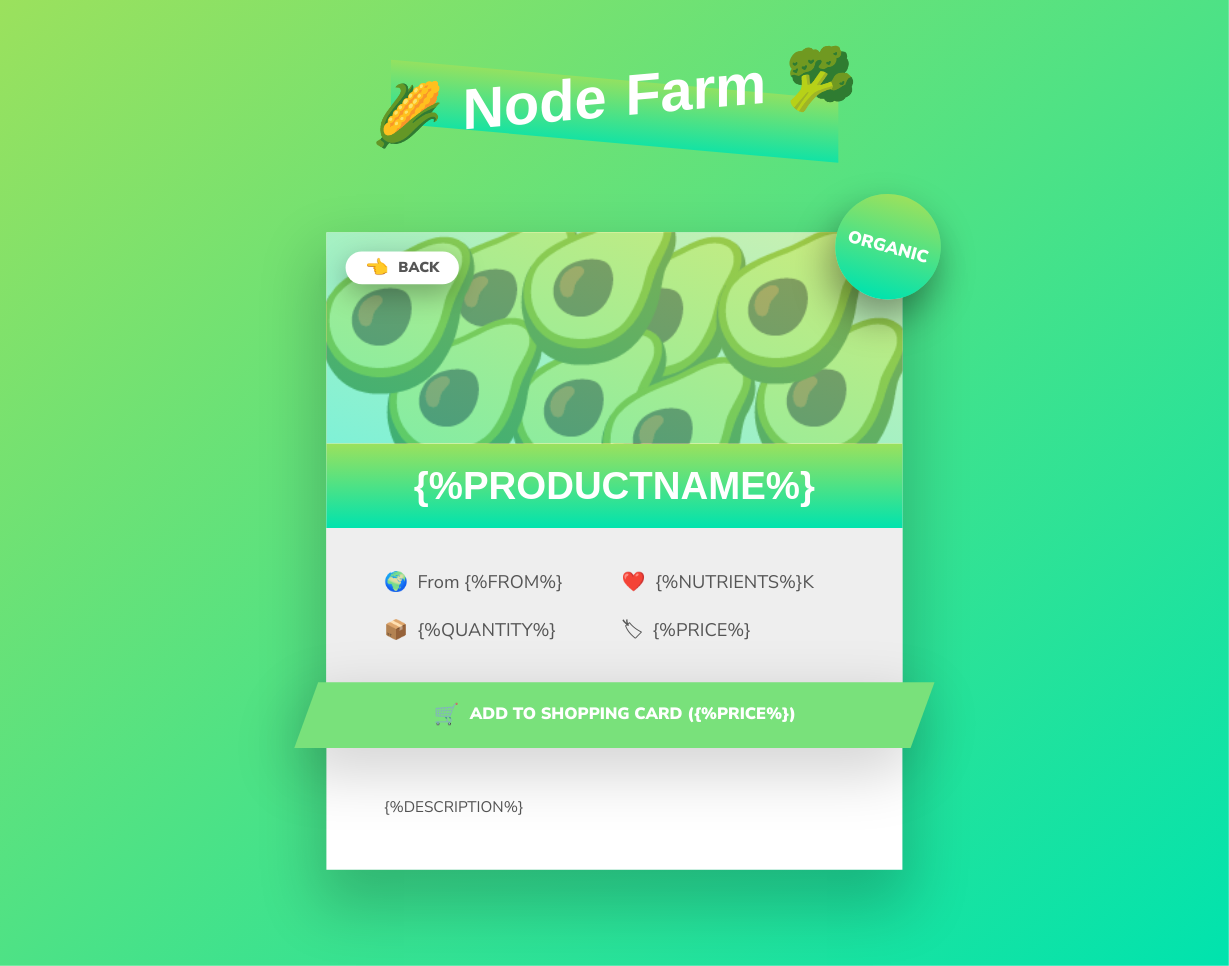
Repository: baolequang94/natour
Page: 1-node-farm/starter/templates/product.html
An editor plug-in stored every save of this project. The page is shown before and after the next save, followed by the edit.
The browser window is 1280 px wide. The pictures show the whole page, at 96% of full size.
Some web fonts or font styles are not loaded; a fallback is used.

Above is the page before, as saved 2022-05-24 23:55:53.

### 1-node-farm/starter/templates/product.html
<!DOCTYPE html>
<html lang="en">
  <head>
    <meta charset="UTF-8" />
    <meta name="viewport" content="width=device-width, initial-scale=1.0" />
    <meta http-equiv="X-UA-Compatible" content="ie=edge" />
    <link
      href="https://fonts.googleapis.com/css?family=Megrim|Nunito+Sans:400,900"
      rel="stylesheet"
    />
    <link
      rel="icon"
      href="https://emojipedia-us.s3.dualstack.us-west-1.amazonaws.com/thumbs/240/apple/155/ear-of-maize_1f33d.png"
    />

    <title>Fresh Avocados 🥑 /// NODE FARM</title>

    <style>
      *,
      *::before,
      *::after {
        margin: 0;
        padding: 0;
        box-sizing: inherit;
      }

      html {
        font-size: 62.5%;
        box-sizing: border-box;
      }

      body {
        padding: 5rem 5rem 10rem;
        line-height: 1.7;
        font-family: 'Nunito Sans', sans-serif;
        color: #555;
        min-height: 100vh;
        background: linear-gradient(to bottom right, #9be15d, #00e3ae);
      }

      h1 {
        font-family: 'Megrim', sans-serif;
        font-size: 6rem;
        color: white;
        transform: skewY(-5deg);
        text-align: center;
        position: relative;
        word-spacing: 3px;
      }

      h1::before {
        content: '';
        display: block;
        height: 65%;
        width: 49%;
        position: absolute;
        top: 105%;
        left: 50%;
        background: linear-gradient(to bottom, #9be15d, #00e3ae);
        opacity: 0.8;
        z-index: -1;
        transform: skewY(370deg) translate(-50%, -50%);
      }

      .container {
        width: 95rem;
        margin: 0 auto;
      }

      .product {
        width: 60rem;
        margin: 0 auto;
        margin-top: 9rem;
        background: white;
        box-shadow: 0 3rem 6rem 1rem rgba(0, 0, 0, 0.2);
        position: relative;
      }

      .product__hero {
        position: relative;
        height: 22rem;
        overflow: hidden;
      }

      .product__hero::before {
        content: '';
        display: block;
        height: 100%;
        width: 100%;
        position: absolute;
        top: 0;
        left: 0;
        background-image: linear-gradient(to left bottom, #9be15d, #00e3ae);
        opacity: 0.5;
        z-index: 100;
      }

      .product__emoji {
        font-size: 15rem;
        position: absolute;
      }

      .product__emoji--1 {
        top: -4rem;
        left: -2rem;
        z-index: 10;
      }

      .product__emoji--2 {
        top: -6rem;
        left: 9rem;
      }

      .product__emoji--3 {
        top: -4rem;
        right: 15rem;
      }

      .product__emoji--4 {
        top: -5rem;
        right: 2rem;
        z-index: 10;
      }

      .product__emoji--5 {
        bottom: -9rem;
        left: 18rem;
      }

      .product__emoji--6 {
        bottom: -8rem;
        left: 5rem;
      }

      .product__emoji--7 {
        bottom: -12rem;
        right: 14rem;
      }

      .product__emoji--8 {
        bottom: -8rem;
        right: -2rem;
      }

      .product__emoji--9 {
        top: -7rem;
        left: 19rem;
      }

      .product__organic {
        position: absolute;
        top: -4rem;
        right: -4rem;
        z-index: 1000;
        height: 11rem;
        width: 11rem;
        background-image: linear-gradient(to bottom, #9be15d, #00e3ae);
        border-radius: 50%;
        transform: rotate(15deg);
        box-shadow: 0 2rem 4rem rgba(0, 0, 0, 0.4);
        display: flex;
        align-items: center;
        justify-content: center;
      }

      .product__organic h5 {
        font-weight: 900;
        text-transform: uppercase;
        font-size: 1.8rem;
        color: white;
      }

      .product__back:link,
      .product__back:visited {
        position: absolute;
        top: 2rem;
        left: 2rem;
        font-size: 1.5rem;
        font-weight: 700;
        text-transform: uppercase;
        text-decoration: none;
        z-index: 1000;
        color: #555;
        background-color: white;
        box-shadow: 0 1rem 3rem rgba(0, 0, 0, 0.3);
        border-radius: 100rem;
        padding: 0 2rem;
        transition: all 0.3s;
        display: flex;
        align-items: center;
      }

      .product__back:hover,
      .product__back:active {
        background-color: #79e17b;
      }

      .product__name {
        background: linear-gradient(to bottom, #9be15d, #00e3ae);
        padding: 1rem;
        font-family: 'Megrim', sans-serif;
        font-size: 4rem;
        color: white;
        text-align: center;
        word-spacing: 2px;
      }

      .product__details {
        background-color: #eee;
        padding: 4rem 6rem;
        font-size: 1.9rem;
        display: grid;
        grid-template-columns: 1fr 1fr;
        grid-gap: 1.5rem;
      }

      .product__description {
        padding: 5rem 6rem;
        font-size: 1.6rem;
        line-height: 1.8;
      }

      .product__link:link,
      .product__link:visited {
        display: block;
        background-color: #79e17b;
        color: white;
        font-size: 1.6rem;
        font-weight: 700;
        text-transform: uppercase;
        text-decoration: none;
        padding: 1.5rem;
        text-align: center;
        transform: scale(1.07) skewX(-20deg);
        box-shadow: 0 2rem 6rem rgba(0, 0, 0, 0.2);
        display: flex;
        align-items: center;
        justify-content: center;
        transition: all 0.3s;
      }

      .product__link:hover,
      .product__link:active {
        background-color: #9be15d;
        transform: scale(1.1) skewX(-20deg);
      }

      .product__link span {
        transform: skewX(20deg);
      }

      .emoji-left {
        font-size: 2rem;
        margin-right: 1rem;
      }

      .emoji-right {
        font-size: 2rem;
        margin-left: 1rem;
      }

      .not-organic {
        display: none;
      }
    </style>
  </head>

  <body>
    <div class="container">
      <h1>🌽 Node Farm 🥦</h1>

      <figure class="product">
        <div class="product__organic"><h5>Organic</h5></div>
        <a href="#" class="product__back">
          <span class="emoji-left">👈</span>Back
        </a>
        <div class="product__hero">
          <span class="product__emoji product__emoji--1">🥑</span>
          <span class="product__emoji product__emoji--2">🥑</span>
          <span class="product__emoji product__emoji--3">🥑</span>
          <span class="product__emoji product__emoji--4">🥑</span>
          <span class="product__emoji product__emoji--5">🥑</span>
          <span class="product__emoji product__emoji--6">🥑</span>
          <span class="product__emoji product__emoji--7">🥑</span>
          <span class="product__emoji product__emoji--8">🥑</span>
          <span class="product__emoji product__emoji--9">🥑</span>
        </div>
        <h2 class="product__name">{%PRODUCTNAME%}</h2>
        <div class="product__details">
          <p><span class="emoji-left">🌍</span>From {%FROM%}</p>
          <p><span class="emoji-left">❤️</span>{%NUTRIENTS%}K</p>
          <p><span class="emoji-left">📦</span>{%QUANTITY%}</p>
          <p><span class="emoji-left">🏷</span>{%PRICE%}</p>
        </div>

        <a href="#" class="product__link">
          <span class="emoji-left">🛒</span>
          <span>Add to shopping card ({%PRICE%})</span>
        </a>

        <p class="product__description">{%DESCRIPTION%}</p>
      </figure>
    </div>
  </body>
</html>

After the next save:
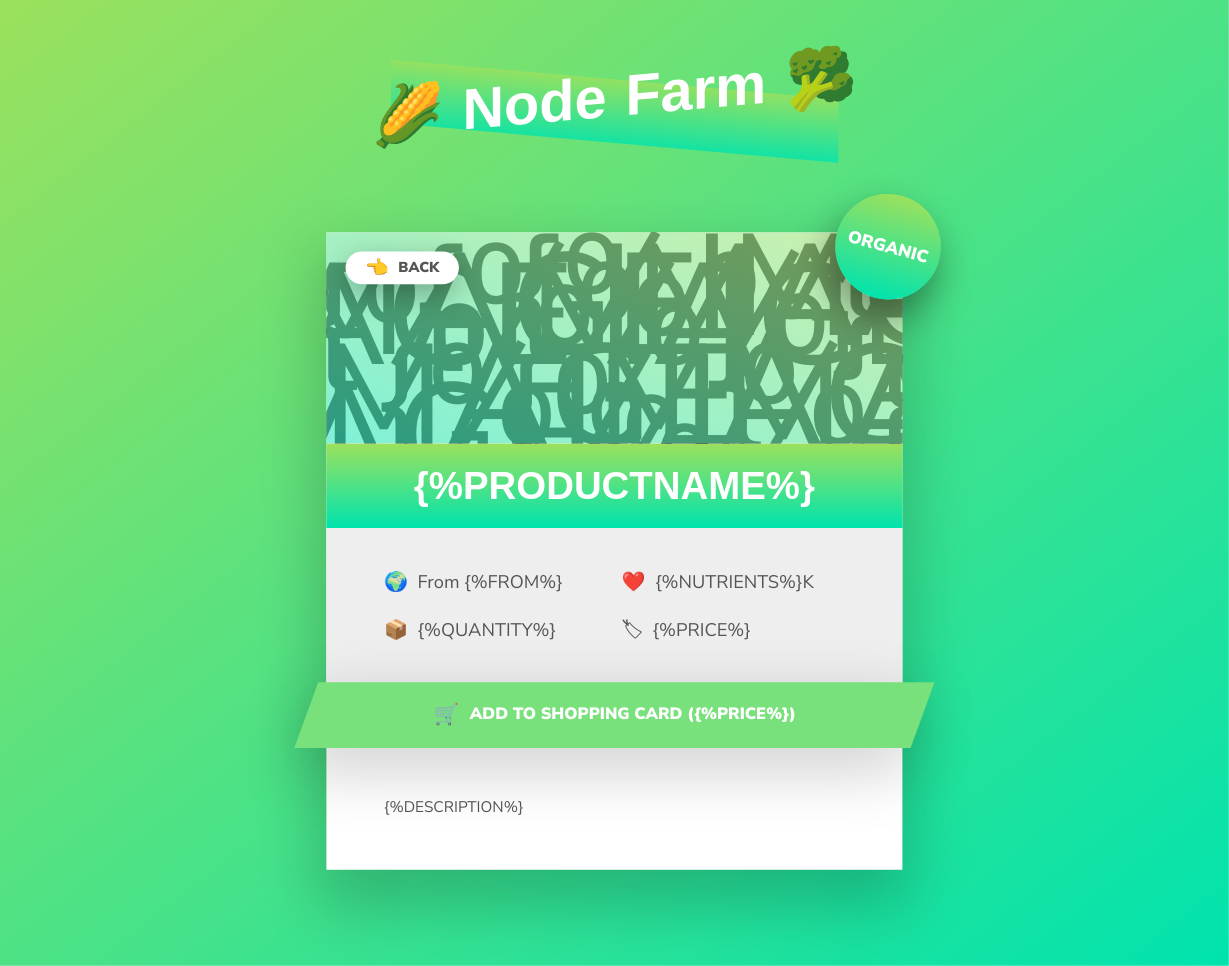
Saved 18 s later.
--- a/1-node-farm/starter/templates/product.html
+++ b/1-node-farm/starter/templates/product.html
@@ -275,15 +275,15 @@
           <span class="emoji-left">👈</span>Back
         </a>
         <div class="product__hero">
-          <span class="product__emoji product__emoji--1">🥑</span>
-          <span class="product__emoji product__emoji--2">🥑</span>
-          <span class="product__emoji product__emoji--3">🥑</span>
-          <span class="product__emoji product__emoji--4">🥑</span>
-          <span class="product__emoji product__emoji--5">🥑</span>
-          <span class="product__emoji product__emoji--6">🥑</span>
-          <span class="product__emoji product__emoji--7">🥑</span>
-          <span class="product__emoji product__emoji--8">🥑</span>
-          <span class="product__emoji product__emoji--9">🥑</span>
+          <span class="product__emoji product__emoji--1">{%IMAGE%}</span>
+          <span class="product__emoji product__emoji--2">{%IMAGE%}</span>
+          <span class="product__emoji product__emoji--3">{%IMAGE%}</span>
+          <span class="product__emoji product__emoji--4">{%IMAGE%}</span>
+          <span class="product__emoji product__emoji--5">{%IMAGE%}</span>
+          <span class="product__emoji product__emoji--6">{%IMAGE%}</span>
+          <span class="product__emoji product__emoji--7">{%IMAGE%}</span>
+          <span class="product__emoji product__emoji--8">{%IMAGE%}</span>
+          <span class="product__emoji product__emoji--9">{%IMAGE%}</span>
         </div>
         <h2 class="product__name">{%PRODUCTNAME%}</h2>
         <div class="product__details">
